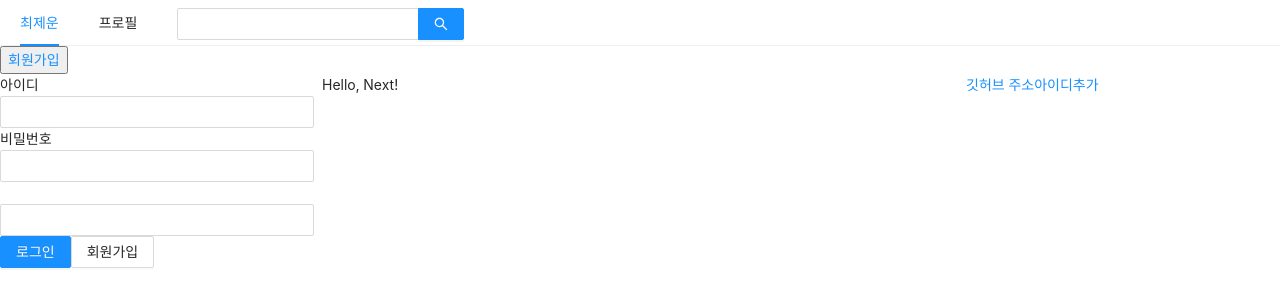
Repository: chlwpdnswku/zerochonext
Page: / (app in front/)
An editor plug-in stored every save of this project. The page is shown before and after the next save, followed by the edit.
The browser window is 1280 px wide. The page is 1284 px wide, so the pictures cover 1284 px, including what lies to the right of the window. The pictures show the whole page.
The project was rebuilt for these pictures with package versions that can differ from the ones it lists, and the page was loaded fresh each time. The framework's server and built-in components were replaced by stand-ins that run in the browser. Also part of the build but not shown: front/components/UserProfile.js.

Above is the page before, as saved 2022-08-28 08:38:36.

### front/pages/_app.js
import React from 'react';
import Head from 'next/head';
import PropTypes from 'prop-types';
import 'antd/dist/antd.css';

const NodeBird = ({ Component }) => {
  return (
    <>
      <Head>
        <meta charSet='utf-8' />
        <title>NodeBird</title>
      </Head>
      <Component />
    </>
  );
};

NodeBird.propTypes = {
  Component: PropTypes.elementType.isRequired,
};

export default NodeBird;

### front/pages/index.js
import React from 'react';
import Head from 'next/head';
import AppLayout from '../components/AppLayout';

const Home = () => (
  <AppLayout>
    <Head>
      <title>NodeBird</title>
    </Head>
    <div>Hello, Next!</div>
  </AppLayout>
);

export default Home;

### front/components/AppLayout.js
import React, { useState } from 'react';
import Link from 'next/link';
import { Menu, Input, Button, Row, Col } from 'antd';
import PropTypes from 'prop-types';
import UserProfile from './UserProfile';
import LoginForm from './LoginForm';

function AppLayout({ children }) {
  const [login, setLogin] = useState(false);

  return (
    <div>
      <Menu mode='horizontal'>
        <Menu.Item key='home'>
          <Link href='/'>
            <a>최제운</a>
          </Link>
        </Menu.Item>
        <Menu.Item key='profile'>
          <Link href='/profile'>
            <a>프로필</a>
          </Link>
        </Menu.Item>
        <Menu.Item key='mail'>
          <Input.Search
            enterButton
            style={{
              verticalAlign: 'middle',
            }}
          />
        </Menu.Item>
      </Menu>
      <Link href='/signup'>
        <a>
          <button>회원가입</button>
        </a>
      </Link>
      <Row gutter={8}>
        <Col xs={24} md={6}>
          {/* Login 구분 */}
          {login ? <UserProfile /> : <LoginForm />}
        </Col>
        <Col xs={24} md={12}>
          {' '}
          {children}
        </Col>
        <Col xs={24} md={6}>
          <a
            href='http://www.naver.com'
            target='_blank'
            rel='noreferrer noopener'
          >
            깃허브 주소아이디추가
          </a>
        </Col>
      </Row>
    </div>
  );
}
AppLayout.propTypes = {
  children: PropTypes.node.isRequired,
};

export default AppLayout;

### front/components/LoginForm.js
import React, { useState, useCallback } from 'react';
import { Button, Form, Input } from 'antd';
import Link from 'next/link';

function LoginForm() {
  const [id, setId] = useState('');
  const [password, setPassword] = useState('');
  const [passwordCheck, setPassWordCheck] = useState('');

  //컴포넌트에 props를쓰면 useCallback
  const onSubmitForm = useCallback(() => {
    console.log({ id, password });
  }, [id, password]);

  return (
    <Form onFinish={onSubmitForm}>
      <div>
        <label htmlFor='user-id'>아이디</label>
        <br />
        <Input name='user-id' value={id} onChange={setId} required />
      </div>

      <div>
        <label
          htmlFor='user-password'
          value={password}
          onChange={setPassword}
          type='password'
          required
        >
          비밀번호
        </label>
        <br />
        <Input name='user-id' />
      </div>
      <div>
        <label htmlFor='user-id'></label>
        <br />
        <Input name='user-id' />
      </div>
      <div>
        <Button type='primary' htmlType='submit' loading={false}>
          로그인
        </Button>
        <Link href='/signup'>
          <a>
            <Button>회원가입</Button>
          </a>
        </Link>
      </div>
    </Form>
  );
}

export default LoginForm;

Loaded but not shown: front/pages/_document.js (common file)

After the next save:
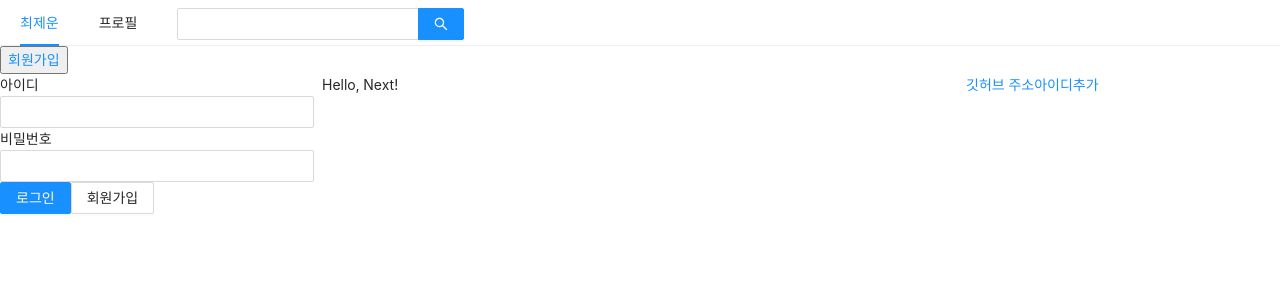
Saved 66 s later.
--- a/front/components/LoginForm.js
+++ b/front/components/LoginForm.js
@@ -33,11 +33,7 @@
         <br />
         <Input name='user-id' />
       </div>
-      <div>
-        <label htmlFor='user-id'></label>
-        <br />
-        <Input name='user-id' />
-      </div>
+
       <div>
         <Button type='primary' htmlType='submit' loading={false}>
           로그인

After the save that followed:
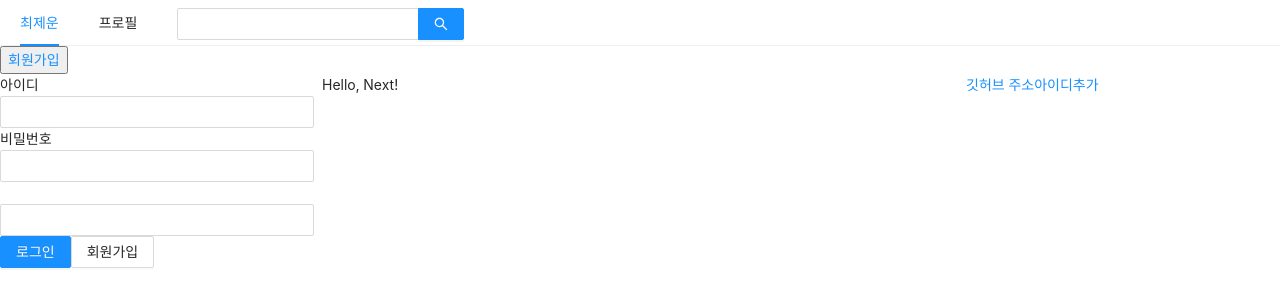
Saved 14 s later.
--- a/front/components/LoginForm.js
+++ b/front/components/LoginForm.js
@@ -33,7 +33,11 @@
         <br />
         <Input name='user-id' />
       </div>
-
+      <div>
+        <label htmlFor='user-id'></label>
+        <br />
+        <Input name='user-id' />
+      </div>
       <div>
         <Button type='primary' htmlType='submit' loading={false}>
           로그인
